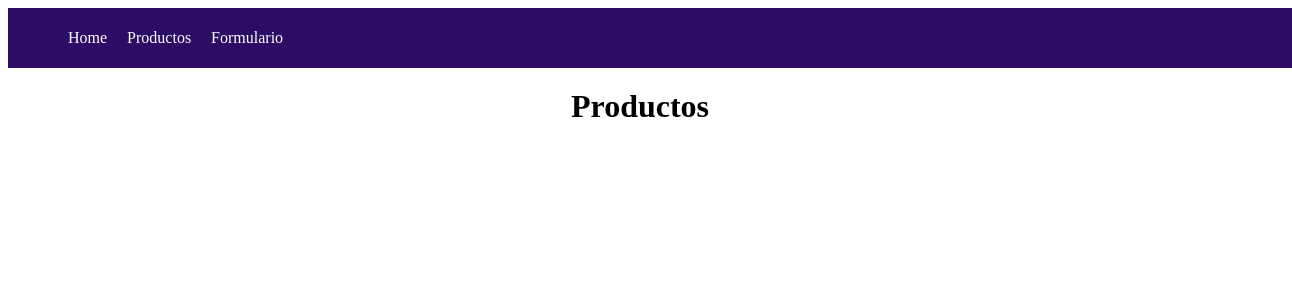
Repository: LadyJohana20/clases
Page: Clase-05-nodesass/public/pages/productos.html
The author's editor kept a copy of each file at every save. The page is drawn from the files as they stood at one save, then again after the next save.
The browser window is 1280 px wide. The page is 1292 px wide, so the pictures cover 1292 px, including what lies to the right of the window. The pictures show the whole page.
The style sheet was rebuilt from its Sass, Less or Tailwind sources for each picture, by a compiler version that may differ from the author's.

Above is the page before, as saved 2026-01-27 20:53:59.

After the next save:
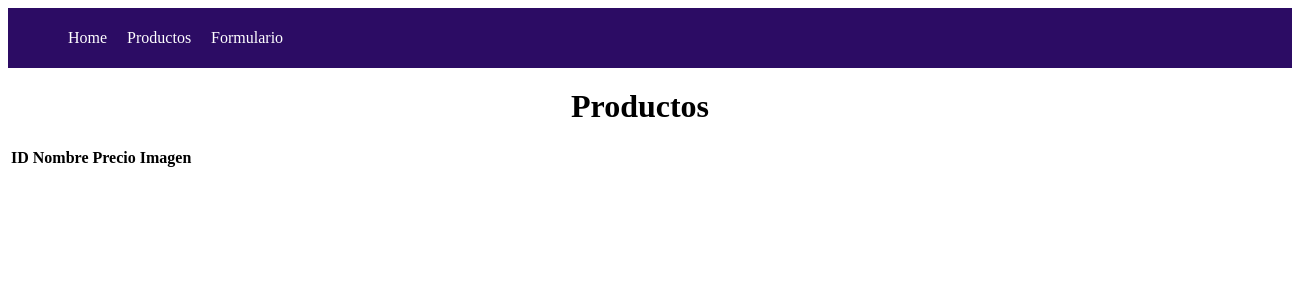
Saved 2 min 6 s later.
--- a/Clase-05-nodesass/public/pages/productos.html
+++ b/Clase-05-nodesass/public/pages/productos.html
@@ -17,6 +17,20 @@
         Productos
     </h1>
 
+    <table id="tabla-productos" class="titulo">
+        <thead>
+            <tr>
+                <th>ID</th>
+                <th>Nombre</th>
+                <th>Precio</th>
+                <th>Imagen</th>
+            </tr>
+        </thead>
+        <tbody>
+            <!-- Los productos se agregarán aquí dinámicamente -->
+        </tbody>
+    </table>
+
     <script src="../js/productos.js"></script>
 </body>
 </html>
